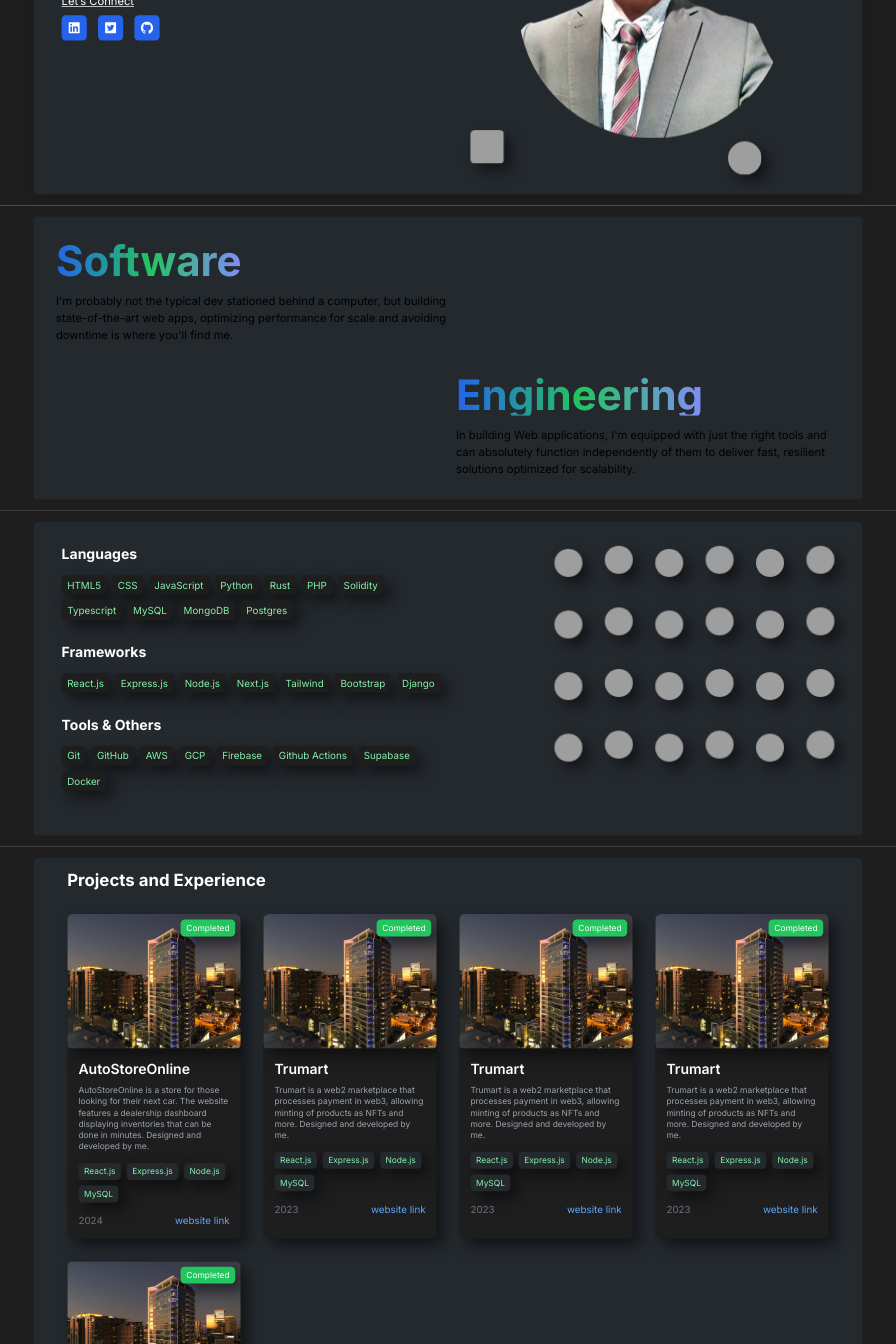
Repository: muhammedctgr/hammedctgr
Page: /
An editor plug-in stored every save of this project. The page is shown before and after the next save, followed by the edit.
The browser window is 1280 px wide. The pictures show the part of the page from y = 314 to 2234 px (the page is 2596 px tall), at 70% of full size.
Pictures or frames that could not be fetched are drawn as grey boxes. The project was rebuilt for these pictures with package versions that can differ from the ones it lists, and the page was loaded fresh each time. The framework's server and built-in components were replaced by stand-ins that run in the browser. Also part of the build but not shown: next.config.mjs.

Above is the page before, as saved 2024-08-12 22:52:36.

After the next save:
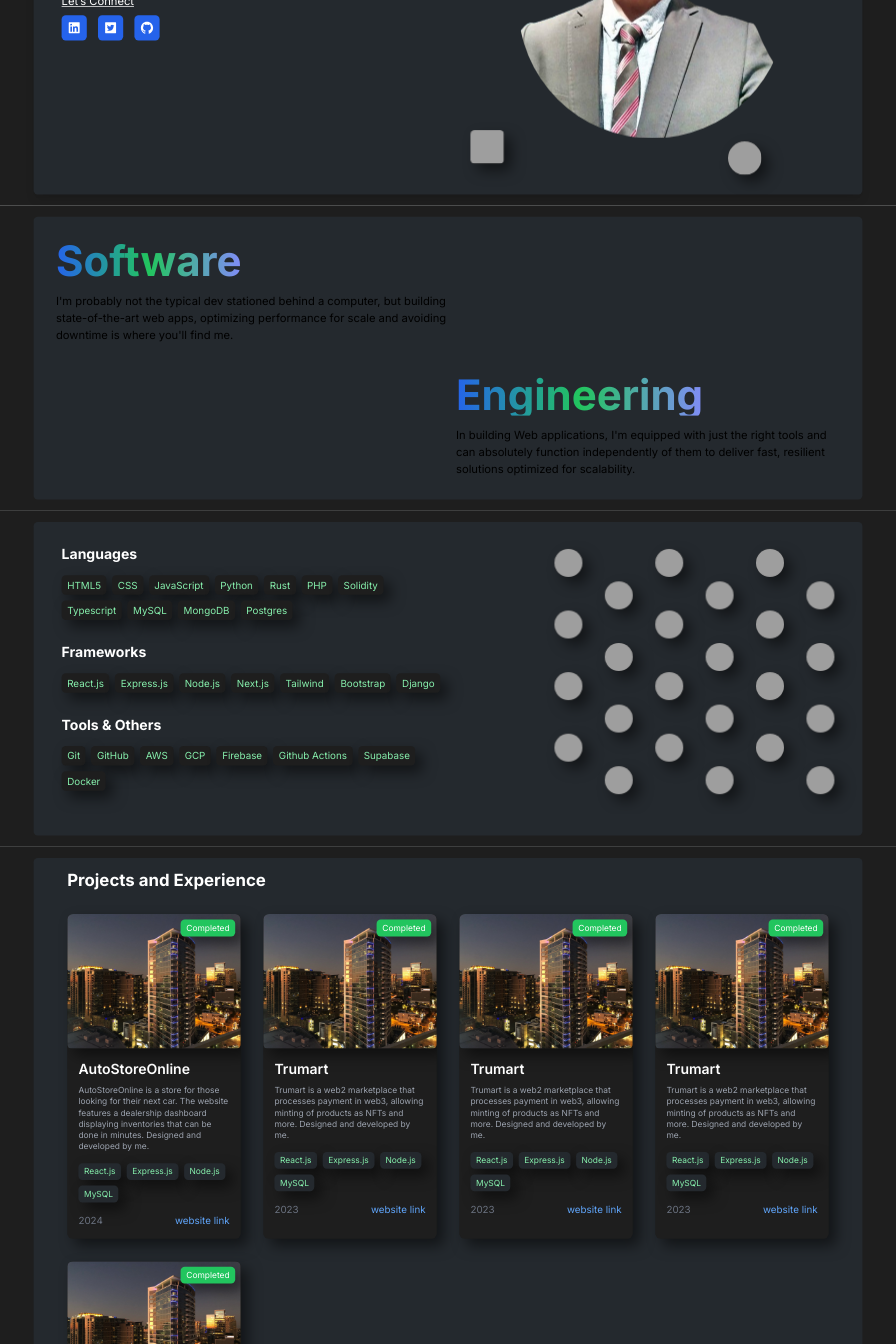
Saved 43 s later.
--- a/app/globals.css
+++ b/app/globals.css
@@ -83,7 +83,7 @@ body {
 }
 
 .animate-scroll-upfast {
-  animation: scroll-upfast 9s linear infinite;
+  animation: scroll-upfast 2s linear infinite;
 }
 
 .animate-scroll-slow {
